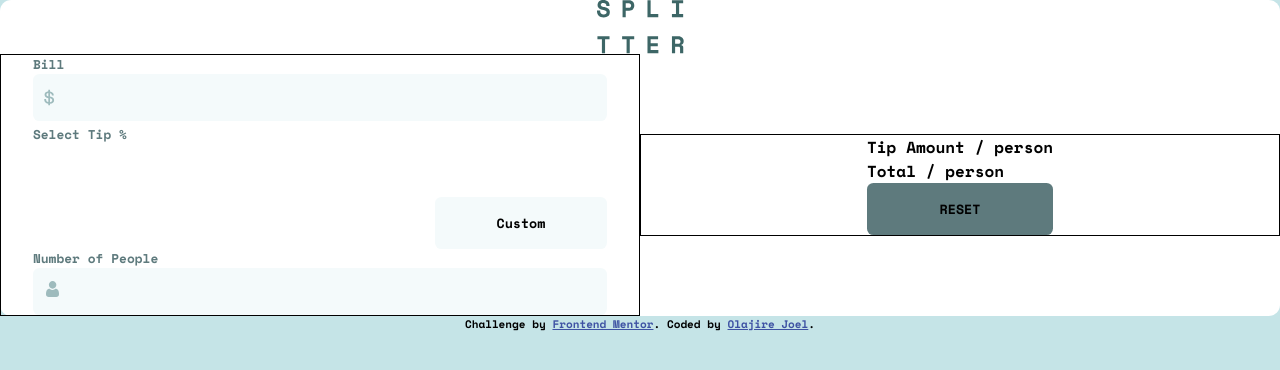
Repository: JuzzJoel/tip-calculator-app-main
Page: index.html
The author's editor kept a copy of each file at every save. The page is drawn from the files as they stood at one save, then again after a run of saves.
The browser window is 1280 px wide. The pictures show the whole page.

Above is the page before, as saved 2025-05-25 08:09:56.

After the next 2 saves:
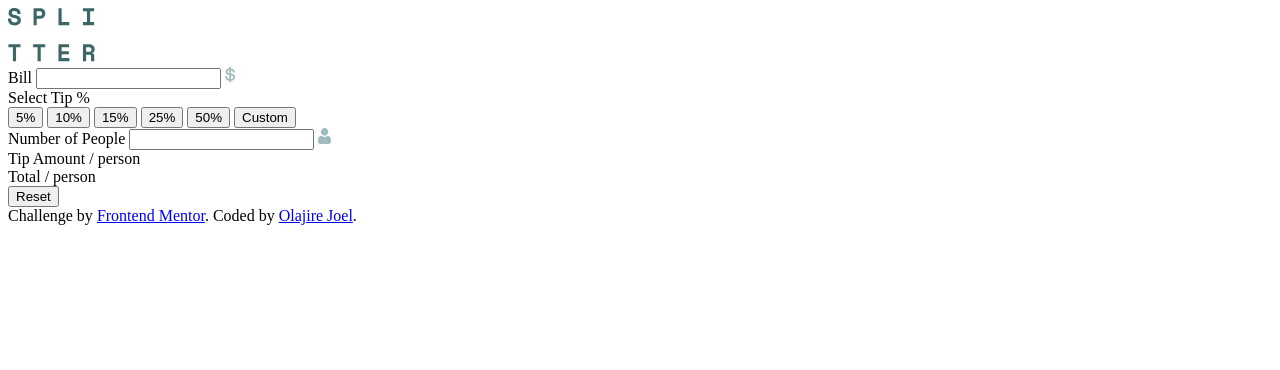
The 2 saves are shown as one change because they came seconds apart.
The last was saved 7 s later.
--- a/index.html
+++ b/index.html
@@ -11,8 +11,8 @@
   <link rel="icon" type="image/png" sizes="32x32" href="./images/favicon-32x32.png">
 
   <title>Frontend Mentor | Tip calculator app</title>
-
-  <style>
+  <script src="https://cdnjs.cloudflare.com/ajax/libs/sass.js/0.10.10/sass.sync.min.js"></script>
+  <style type="text/scss" id="scss-style">
     *,
     *::before,
     *::after {
